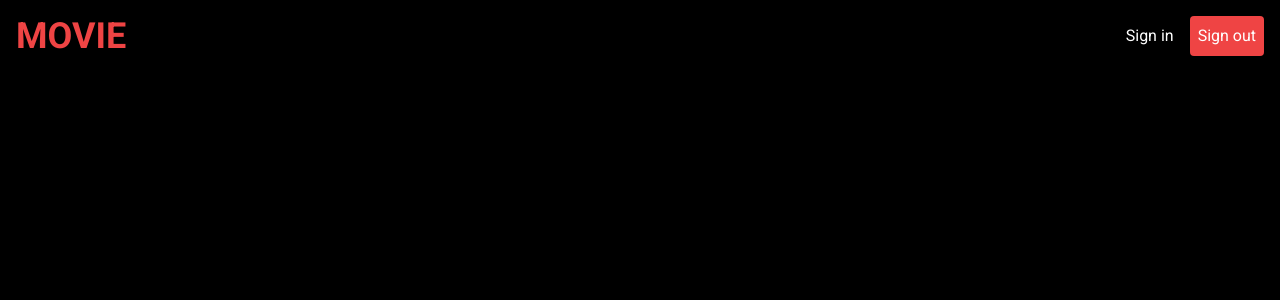
Repository: Nurlan-Bakenbaev/movieApp
Page: /signup
The author's editor kept a copy of each file at every save. The page is drawn from the files as they stood at one save, then again after a run of saves.
The browser window is 1280 px wide. The pictures show the whole page.
The project was rebuilt for these pictures with package versions that can differ from the ones it lists, and the page was loaded fresh each time. Also part of the build but not shown: vite.config.js, src/Request.js, src/components/MainSection.jsx, src/components/MovieRows.jsx, src/components/RowSection.jsx, src/components/pages/Home.jsx, src/components/pages/Login.jsx, src/components/pages/Account.jsx.

Above is the page before, as saved 2023-08-31 11:18:38.

After the next 2 saves:
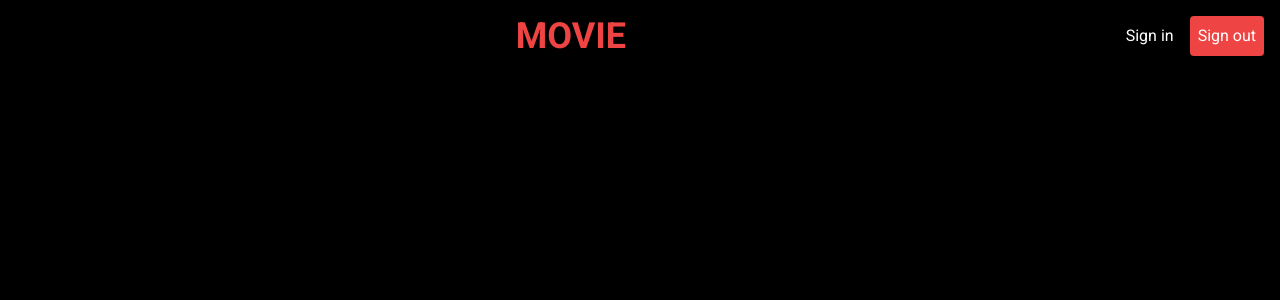
The 2 saves are shown as one change because they came seconds apart.
The last was saved 7 s later.
--- a/src/components/Navbar.jsx
+++ b/src/components/Navbar.jsx
@@ -4,7 +4,8 @@
 const Navbar = () => {
   return (
     <div className="flex items-center justify-between p-4 z-[100] w-full absolute">
-      <h1 className="text-red-500 text-4xl font-bold cursor-pointer">MOVIE</h1>
+     <Link></Link>
+     <h1 className="text-red-500 text-4xl font-bold cursor-pointer">MOVIE</h1>
       <div>
         <button className="text-white pr-4">Sign in</button>
         <button className="bg-red-500 px6 py-2 p-2 rounded cursor-pointer text-white">

After the 2 saves that followed:
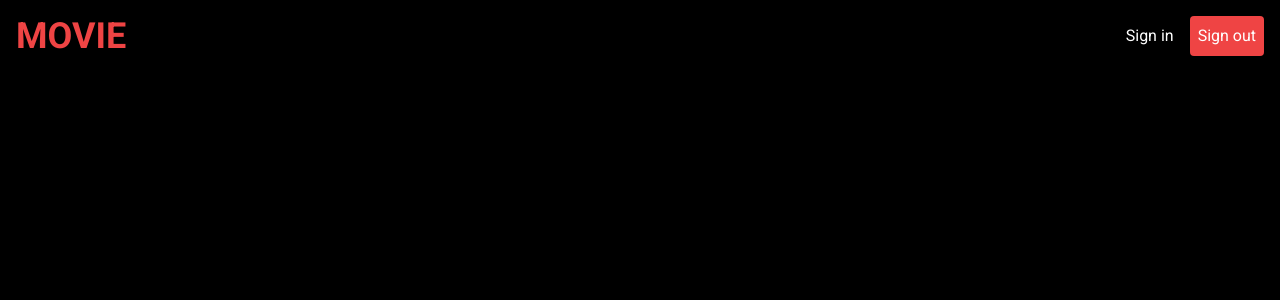
The 2 saves are shown as one change because they came seconds apart.
The last was saved 6 s later.
--- a/src/components/Navbar.jsx
+++ b/src/components/Navbar.jsx
@@ -4,8 +4,11 @@
 const Navbar = () => {
   return (
     <div className="flex items-center justify-between p-4 z-[100] w-full absolute">
-     <Link></Link>
-     <h1 className="text-red-500 text-4xl font-bold cursor-pointer">MOVIE</h1>
+      <Link>
+        <h1 className="text-red-500 text-4xl font-bold cursor-pointer">
+          MOVIE
+        </h1>
+      </Link>{" "}
       <div>
         <button className="text-white pr-4">Sign in</button>
         <button className="bg-red-500 px6 py-2 p-2 rounded cursor-pointer text-white">
